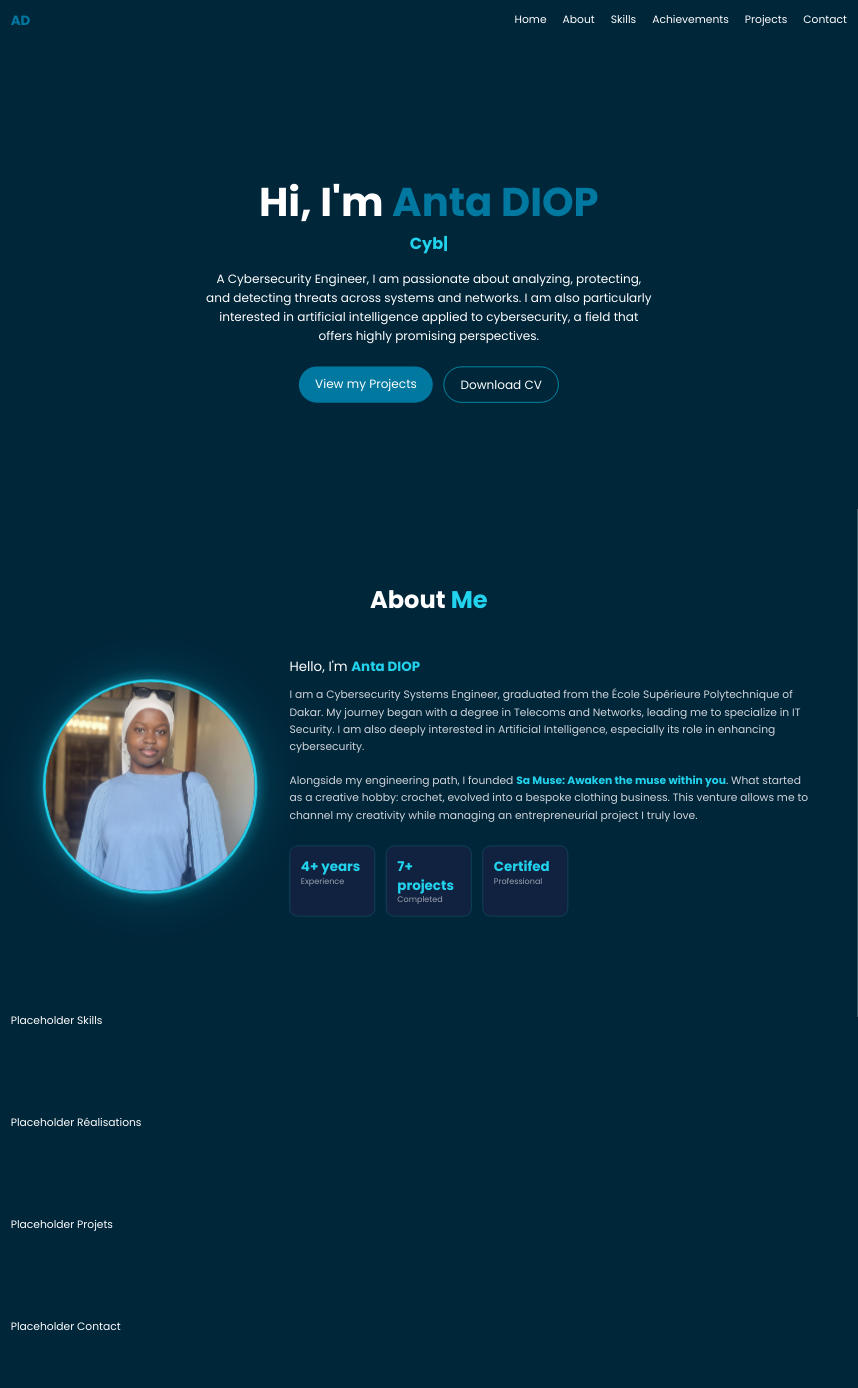
Repository: AntaaaKD/Mon-Portfolio
Page: /
An editor plug-in stored every save of this project. The page is shown before and after a run of saves, followed by the edit.
The browser window is 1280 px wide. The pictures show the whole page, at 67% of full size.
The project was rebuilt for these pictures with package versions that can differ from the ones it lists, and the page was loaded fresh each time.

Above is the page before, as saved 2026-01-14 23:06:15.

After the next 2 saves:
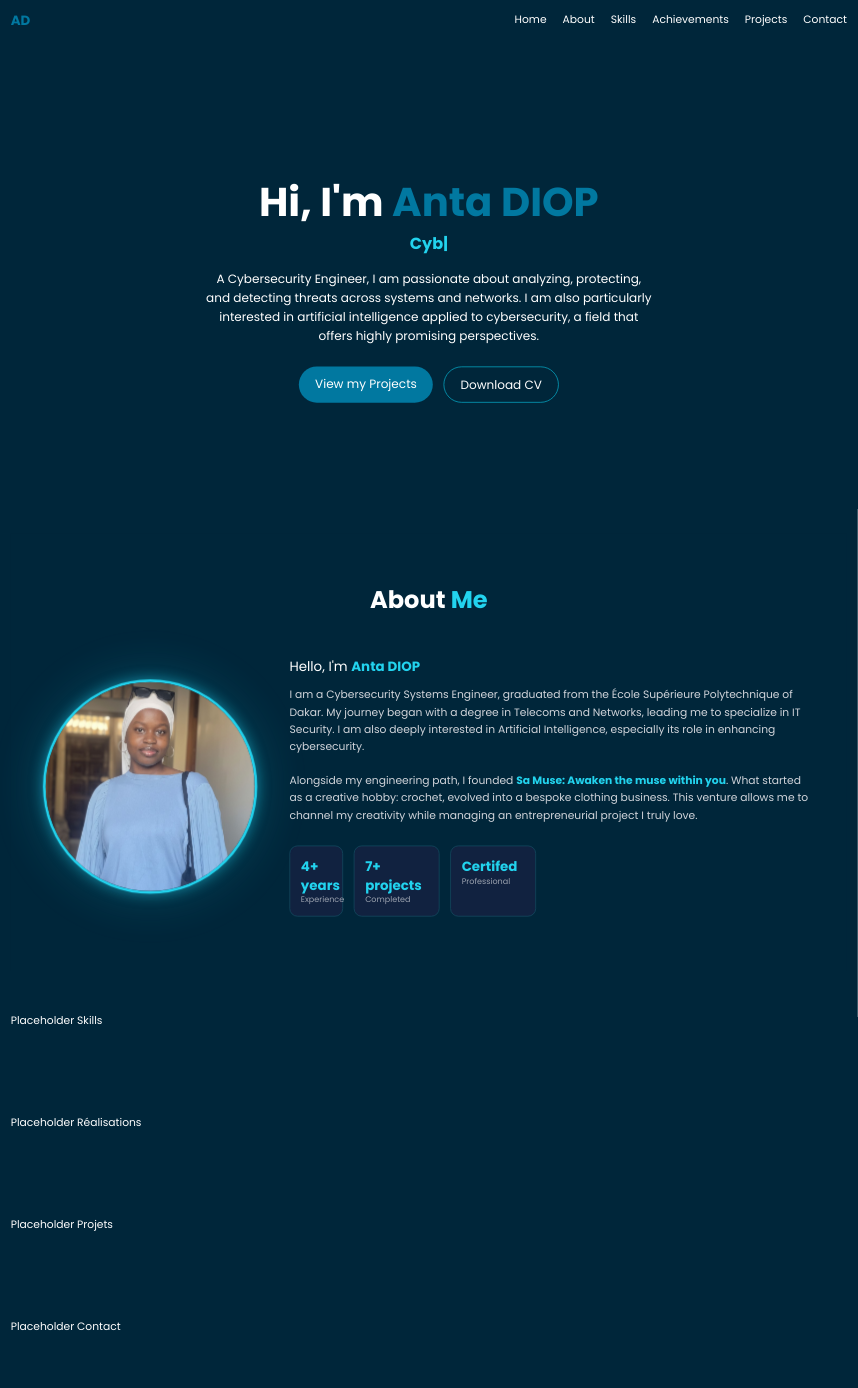
The 2 saves are shown as one change because they came seconds apart.
The last was saved 8 s later.
--- a/src/components/About.jsx
+++ b/src/components/About.jsx
@@ -40,7 +40,7 @@ const About = () => {
 
             {/* Cartes de statistiques (comme sur le modèle) */}
             <div className="flex flex-wrap justify-center md:justify-start gap-4">
-              <div className="bg-[#112240] p-4 rounded-xl border border-cyan-900 w-32">
+              <div className="bg-[#112240] p-4 rounded-xl border border-cyan-900 w-20">
                 <p className="text-cyan-400 font-bold text-xl">4+ years</p>
                 <p className="text-xs text-gray-400">Experience</p>
               </div>
